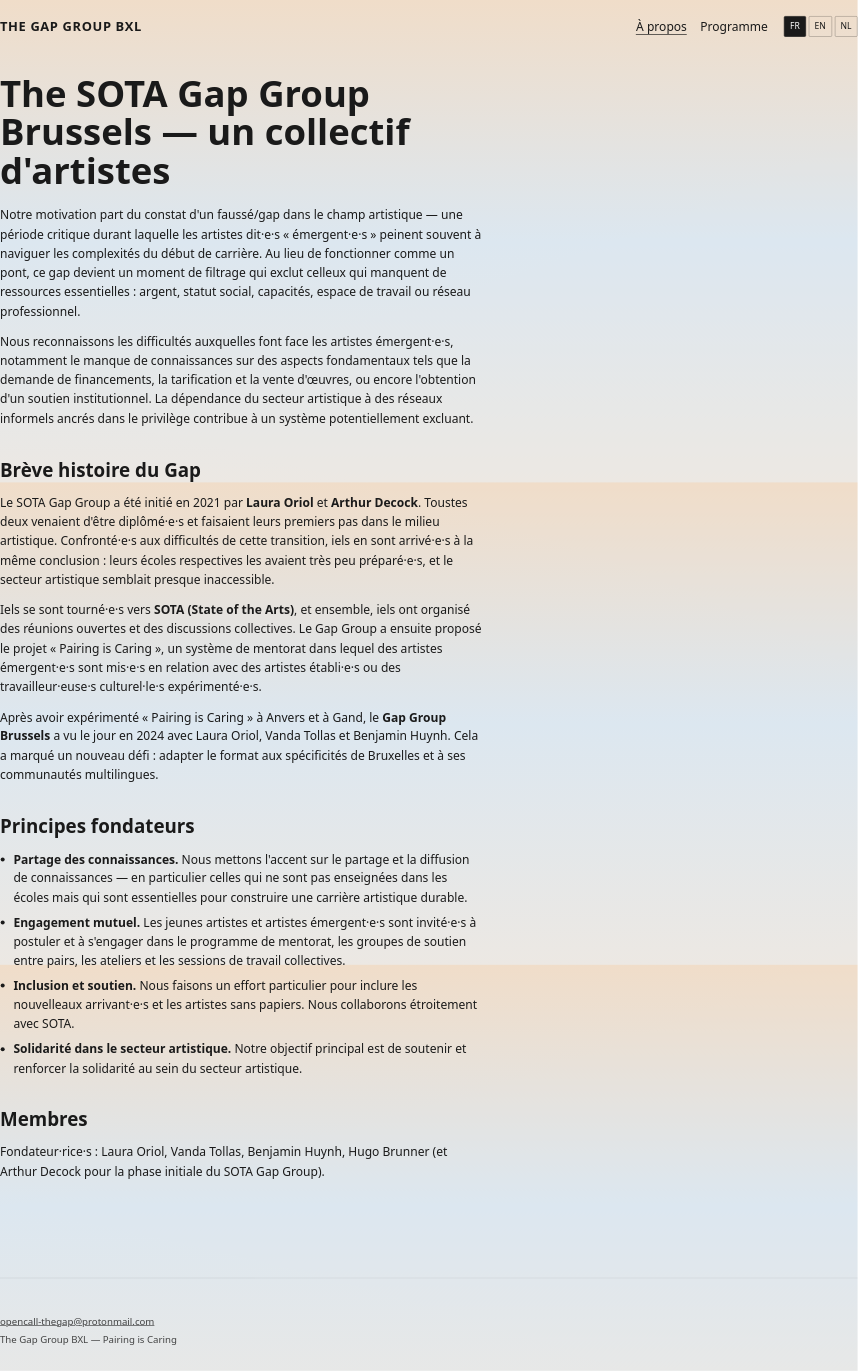
Repository: brunrhb/GAP
Page: about.html
The author's editor kept a copy of each file at every save. The page is drawn from the files as they stood at one save, then again after the next save.
The browser window is 1280 px wide. The pictures show the whole page, at 67% of full size.
Backgrounds fixed to the window are drawn as part of the page. Some web fonts or font styles are not loaded; a fallback is used.

Above is the page before, as saved 2026-05-21 03:31:45.

After the next save:
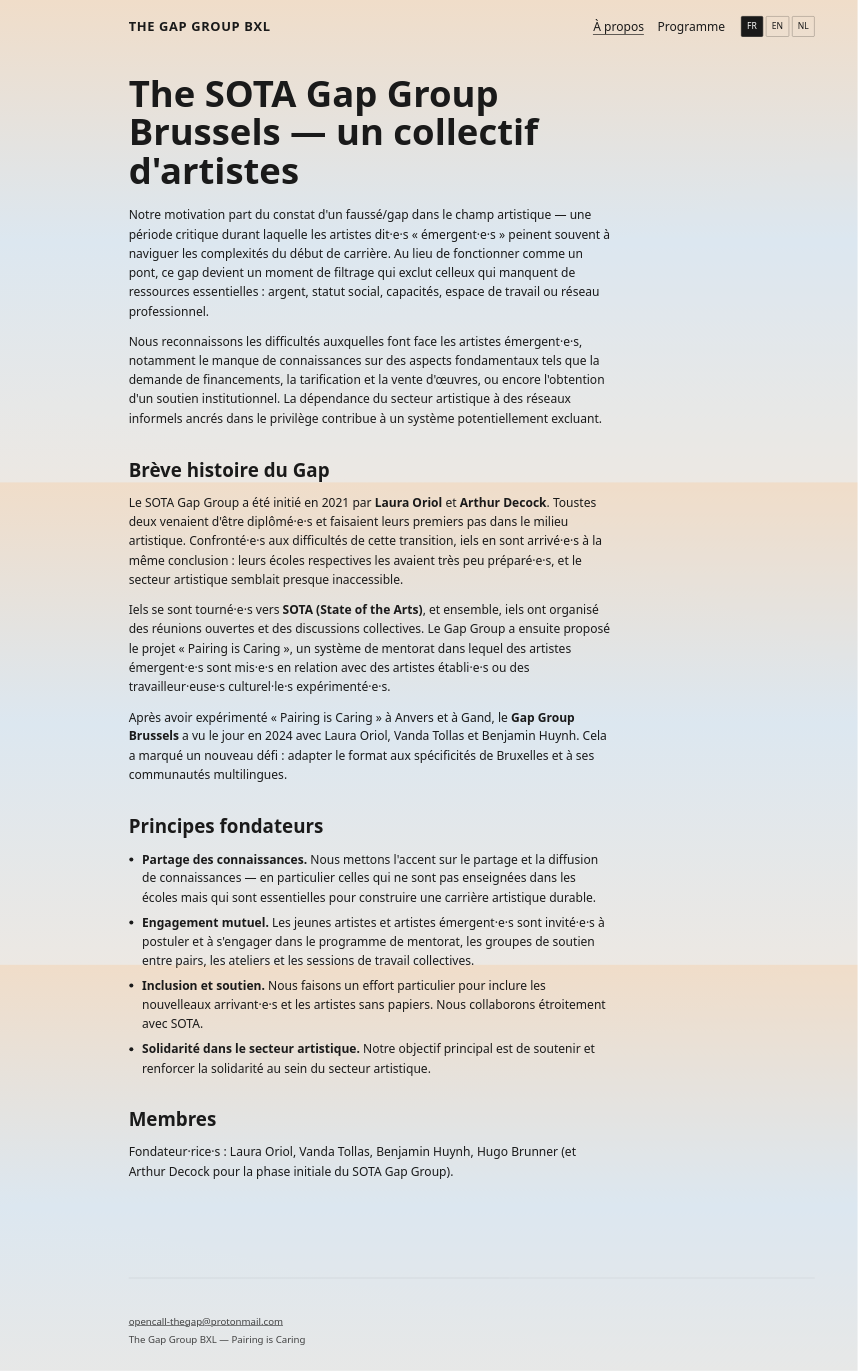
Saved 2 min 19 s later.
--- a/about.html
+++ b/about.html
@@ -8,8 +8,8 @@
   <link rel="stylesheet" href="styles.css" />
 </head>
 <body>
-  <div class="auras-container" aria-hidden="true"></div>
 
+ <div class="page-wrap">
   <header class="site-header">
     <a href="index.html" class="brand">THE GAP GROUP BXL</a>
     <nav class="main-nav" aria-label="Navigation principale">
@@ -105,6 +105,7 @@
     <p><a href="mailto:opencall-thegap@protonmail.com">opencall-thegap@protonmail.com</a></p>
     <p>The Gap Group BXL — Pairing is Caring</p>
   </footer>
+  </div>
 
   <script src="script.js"></script>
 </body>
